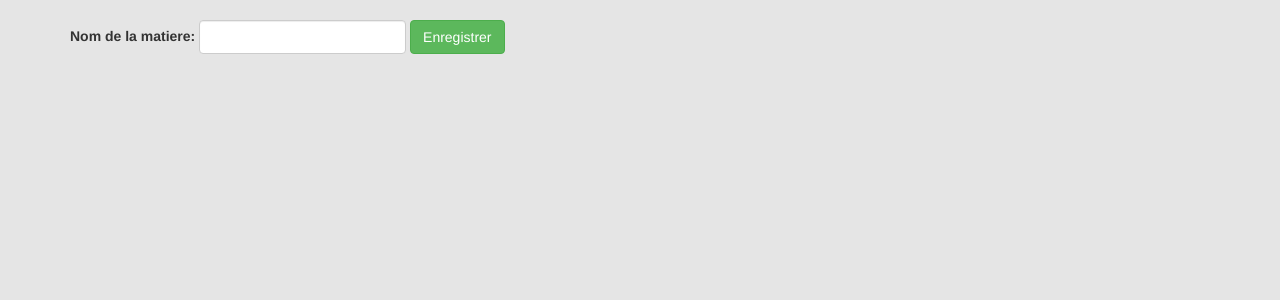
Repository: mitantsoa1/CRUD-note
Page: http://localhost/matiere
An editor plug-in stored every save of this project. The page is shown before and after the next save, followed by the edit.
The browser window is 1280 px wide. The pictures show the whole page.
The page is run by PHP 8.4 with error messages shown; the project is at /var/www/html/. The database holds what the project's SQL file puts in it.

Above is the page before, as saved 2021-02-12 06:36:58.
Console error: SyntaxError: Unexpected token '<'

After the next save:
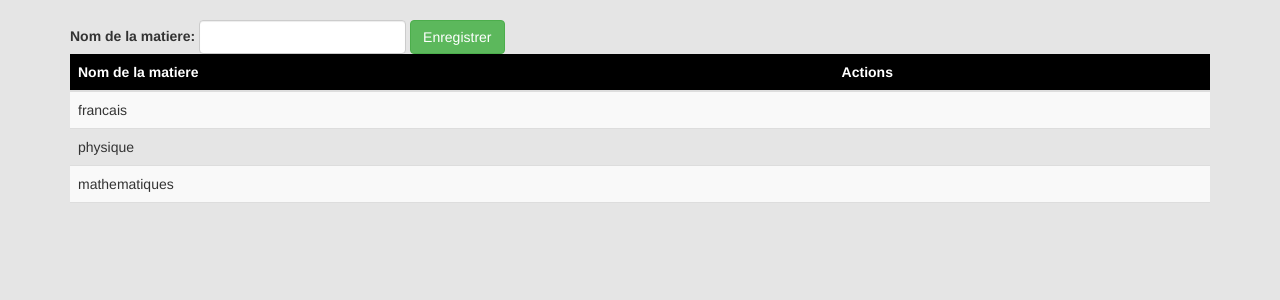
Saved 16 s later.
--- a/Views/matiere.php
+++ b/Views/matiere.php
@@ -24,7 +24,7 @@
 
         </form>
 
-        <div class="afffiche_matiere"></div>
+        <div class="affiche_matiere"></div>
     </div>
 
 
